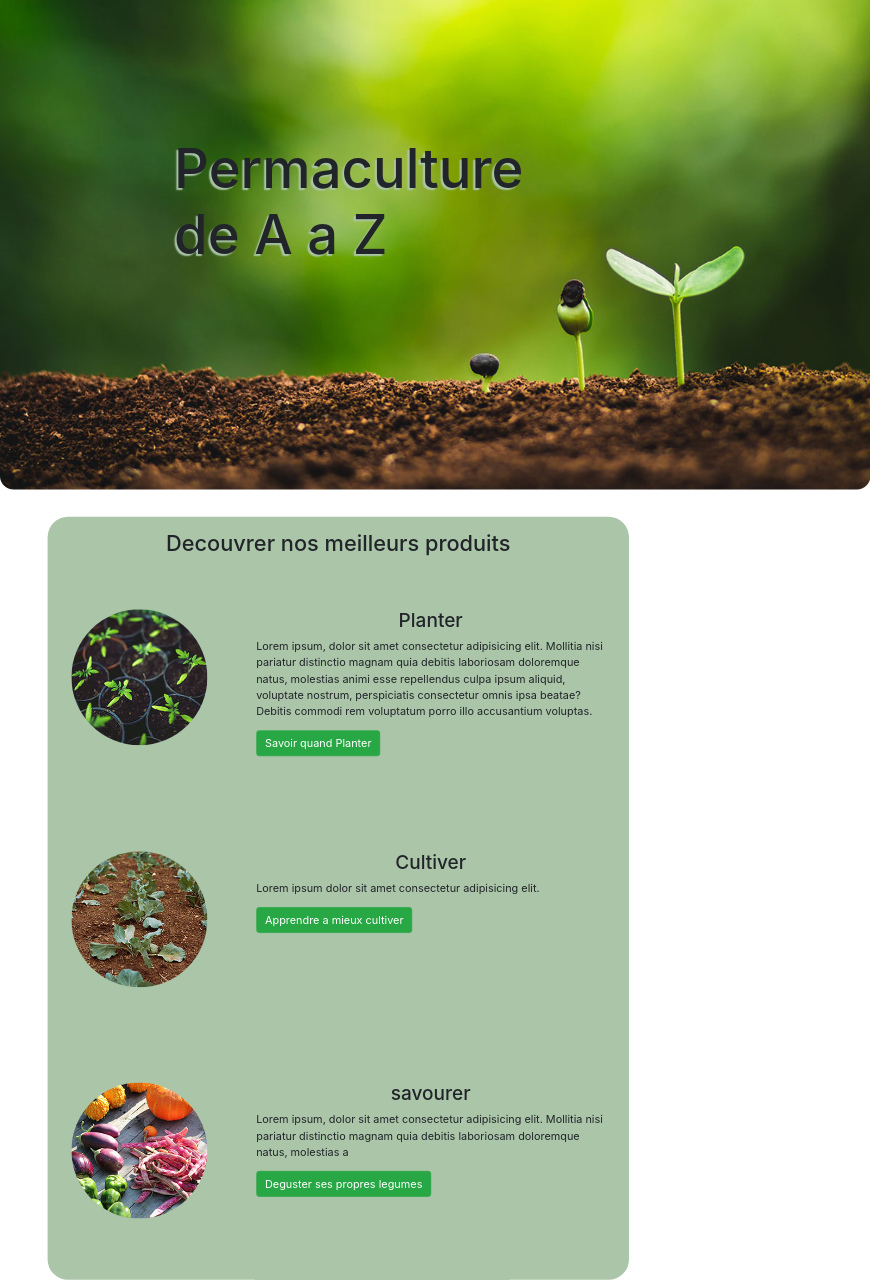
Repository: ahthionkevin/permaculture
Page: index.html
An editor plug-in stored every save of this project. The page is shown before and after the next save, followed by the edit.
The browser window is 1280 px wide. The pictures show the whole page, at 68% of full size.

Above is the page before, as saved 2021-07-06 21:53:41.

### index.html
<!DOCTYPE html>
<html lang="fr">
<head>
    <meta charset="UTF-8">
    <meta http-equiv="X-UA-Compatible" content="IE=edge">
    <meta name="viewport" content="width=device-width, initial-scale=1.0">
    <title>Document</title>
    <link rel="stylesheet" href="./bootstrap.css">
    <link rel="stylesheet" href="./style.css">
</head>
<body>
    <header>
        <h1>Permaculture <br>de A a Z</h1>
    </header>
    <div class="container">
        <div class="row">
            <div class="col-lg-9" id="leftPart">
                <h2>Decouvrer nos meilleurs produits</h2>
                <div class="container">
                    <div class="row element">
                        <div class="col-sm-4">
                            <img src="./media/planter.jpg" alt="planter">
                        </div>
                        <div class="col-sm-8">
                            <h3>Planter</h3>
                            <p>Lorem ipsum, dolor sit amet consectetur adipisicing elit. Mollitia nisi pariatur distinctio magnam quia debitis laboriosam doloremque natus, molestias animi esse repellendus culpa ipsum aliquid, voluptate nostrum, perspiciatis consectetur omnis ipsa beatae? Debitis commodi rem voluptatum porro illo accusantium voluptas.</p>
                            <button class="btn btn-success">Savoir quand Planter</button>
                        </div>
                    </div>

                    <div class="row element">
                        <div class="col-sm-4">
                            <img src="./media/cultiver.jpg" alt="cultiver">
                        </div>
                        <div class="col-sm-8">
                            <h3>Cultiver</h3>
                            <p>Lorem ipsum dolor sit amet consectetur adipisicing elit.</p>
                            <button class="btn btn-success">Apprendre a mieux cultiver</button>
                        </div>
                    </div>

                    <div class="row element">
                        <div class="col-sm-4">
                            <img src="./media/savourer.jpg" alt="savourer">
                        </div>
                        <div class="col-sm-8">
                            <h3>savourer</h3>
                            <p>Lorem ipsum, dolor sit amet consectetur adipisicing elit. Mollitia nisi pariatur distinctio magnam quia debitis laboriosam doloremque natus, molestias a</p>
                            <button class="btn btn-success">Deguster ses propres legumes</button>
                        </div>
                    </div>
                </div>
            </div>
            <div class="col-lg-3" id="rightPart">

            </div>
        </div>
    </div>

</body>
</html>

### style.css
html{
    scroll-behavior: smooth;
}

h2, h3, h4, .nav-item, #transition, footer{
    text-align: center;
}

header{
    background: url(./media/main.jpg) no-repeat 50% 50%;
    background-size: cover;
    height: 100vh;
    border-radius: 0 0 20px 20px;
    margin-bottom: 40px;
}

h1{
    font-size: 5rem;
    padding: 200px 0 0 20%;
    text-shadow: -3px 3px 2px #abc5a9;
    animation: titre ease 3.5s;
}

@keyframes titre {
    0%{
        opacity: 0;
        transform: translate(0px,180px);
    }
    100%{
        opacity: 1;
        transform: translate(0px,0px);
    }
}


/* *******************LEFT PART***************** */
#leftPart{
    background-color: #abc5a9;
    border-radius: 30px;
    padding: 20px;
}

.element{
    padding: 70px 0;
}

.element img{
    border-radius: 50%;
    width: 200px;
}

Loaded but not shown: bootstrap.css (library)

After the next save:
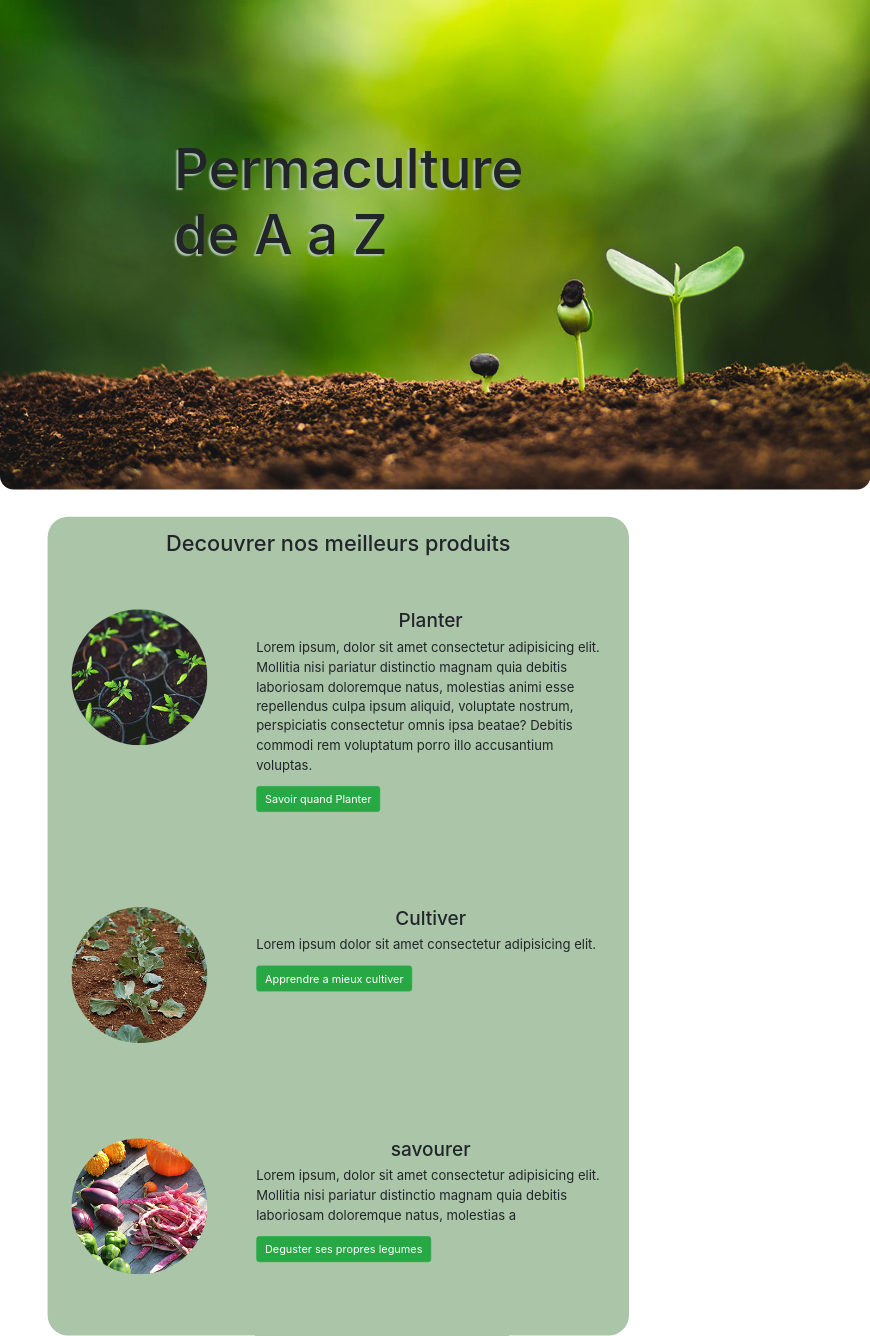
Saved 15 s later.
--- a/style.css
+++ b/style.css
@@ -48,3 +48,7 @@ h1{
     border-radius: 50%;
     width: 200px;
 }
+
+.element p{
+    font-size: 1.2rem;
+}
